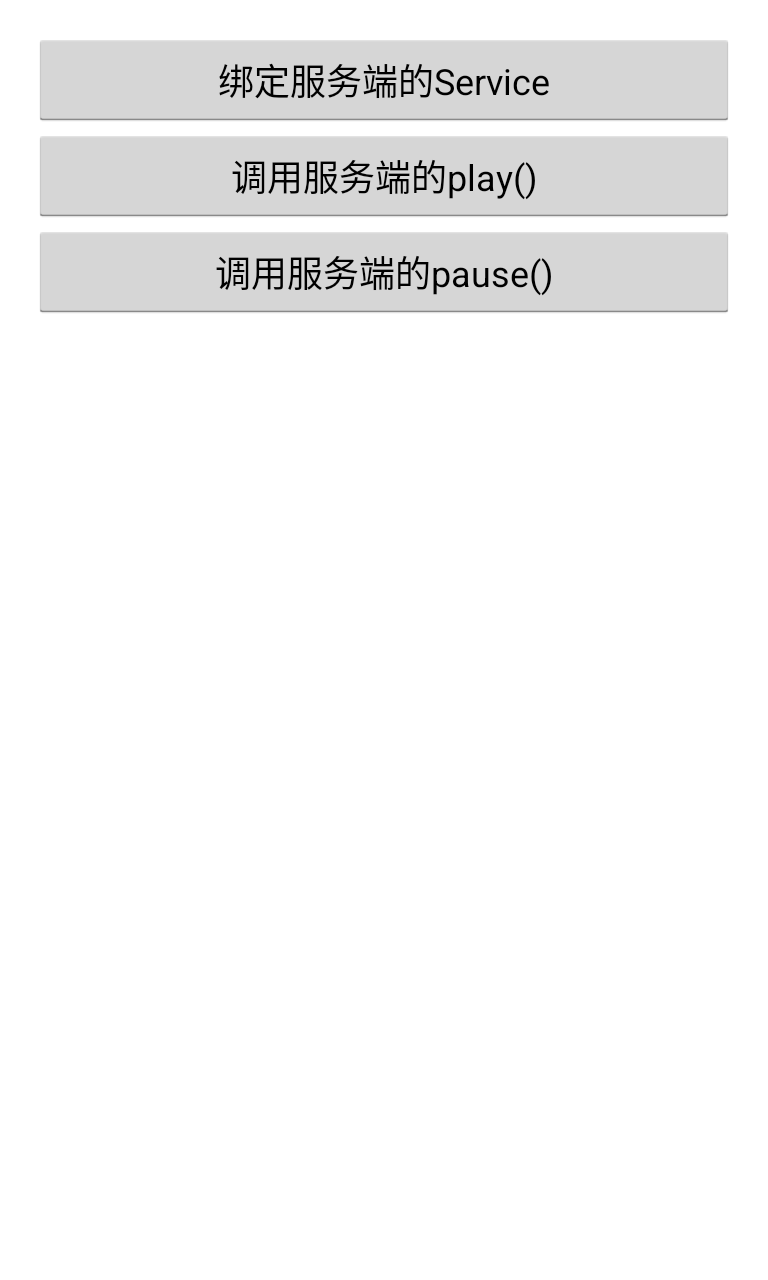
Repository: xuelang201201/Android
Layout: Android基础/跨进程绑定Service-客户端/res/layout/activity_main.xml
An editor plug-in stored every save of this project. The layout is shown before and after the next save, followed by the edit.
It is drawn on a 768 x 1280 px phone screen (xhdpi) without system bars, with theme AppTheme; the app's code is not run.

Above is the layout before, as saved 2016-02-15 11:30:33.

### Android基础/跨进程绑定Service-客户端/res/layout/activity_main.xml
<RelativeLayout xmlns:android="http://schemas.android.com/apk/res/android"
    xmlns:tools="http://schemas.android.com/tools"
    android:layout_width="match_parent"
    android:layout_height="match_parent"
    android:paddingBottom="@dimen/activity_vertical_margin"
    android:paddingLeft="@dimen/activity_horizontal_margin"
    android:paddingRight="@dimen/activity_horizontal_margin"
    android:paddingTop="@dimen/activity_vertical_margin"
    tools:context=".MainActivity" >

    <Button
        android:id="@+id/btn_bind_service"
        android:layout_width="match_parent"
        android:layout_height="wrap_content"
        android:layout_alignParentLeft="true"
        android:layout_alignParentTop="true"
        android:text="绑定服务端的Service" />

    <Button
        android:id="@+id/btn_call_play"
        android:layout_width="match_parent"
        android:layout_height="wrap_content"
        android:layout_alignLeft="@+id/btn_bind_service"
        android:layout_below="@+id/btn_bind_service"
        android:text="调用服务端的play()" />

    <Button
        android:id="@+id/btn_call_pause"
        android:layout_width="match_parent"
        android:layout_height="wrap_content"
        android:layout_alignLeft="@+id/btn_call_play"
        android:layout_below="@+id/btn_call_play"
        android:text="调用服务端的pause()" />

</RelativeLayout>

Loaded but not shown: Android基础/跨进程绑定Service-客户端/res/values/styles.xml (common file); Android基础/跨进程绑定Service-客户端/res/values-v11/styles.xml (common file); Android基础/跨进程绑定Service-客户端/res/values-v14/styles.xml (common file); Android基础/跨进程绑定Service-客户端/res/values/dimens.xml (common file)

After the next save:
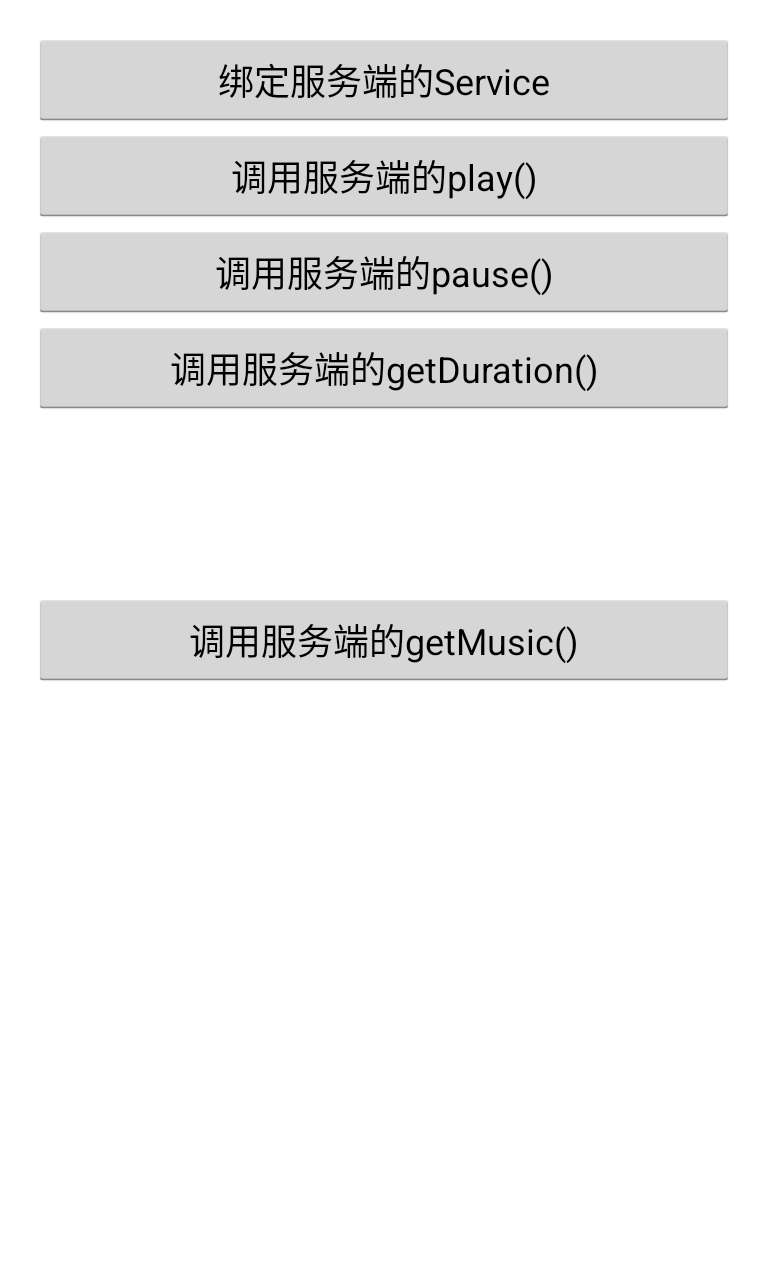
Saved 13 min 5 s later.
--- a/Android基础/跨进程绑定Service-客户端/res/layout/activity_main.xml
+++ b/Android基础/跨进程绑定Service-客户端/res/layout/activity_main.xml
@@ -32,4 +32,20 @@
         android:layout_below="@+id/btn_call_play"
         android:text="调用服务端的pause()" />
 
+    <Button
+        android:id="@+id/button1"
+        android:layout_width="match_parent"
+        android:layout_height="wrap_content"
+        android:layout_alignParentLeft="true"
+        android:layout_below="@+id/btn_call_pause"
+        android:text="调用服务端的getDuration()" />
+
+    <Button
+        android:id="@+id/button2"
+        android:layout_width="match_parent"
+        android:layout_height="wrap_content"
+        android:layout_alignParentLeft="true"
+        android:layout_centerVertical="true"
+        android:text="调用服务端的getMusic()" />
+
 </RelativeLayout>

After the save that followed:
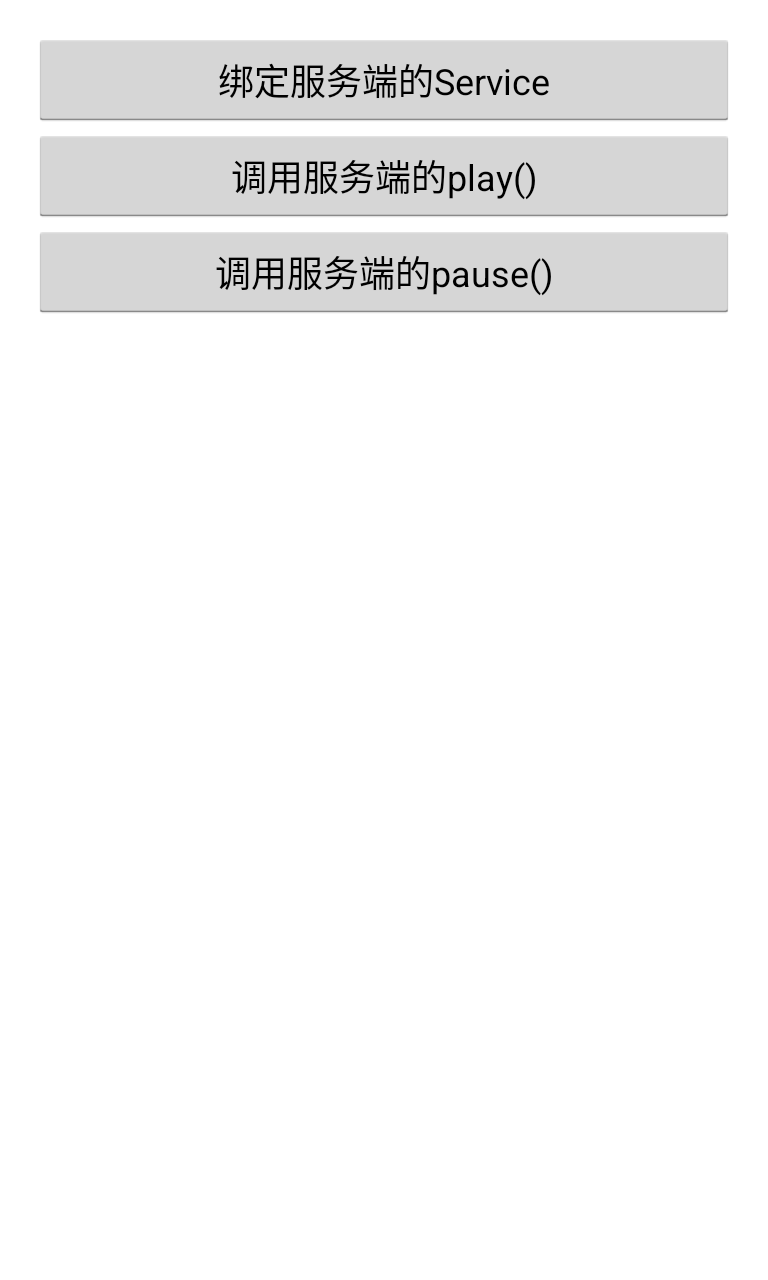
Saved 3 min 44 s later.
--- a/Android基础/跨进程绑定Service-客户端/res/layout/activity_main.xml
+++ b/Android基础/跨进程绑定Service-客户端/res/layout/activity_main.xml
@@ -32,20 +32,4 @@
         android:layout_below="@+id/btn_call_play"
         android:text="调用服务端的pause()" />
 
-    <Button
-        android:id="@+id/button1"
-        android:layout_width="match_parent"
-        android:layout_height="wrap_content"
-        android:layout_alignParentLeft="true"
-        android:layout_below="@+id/btn_call_pause"
-        android:text="调用服务端的getDuration()" />
-
-    <Button
-        android:id="@+id/button2"
-        android:layout_width="match_parent"
-        android:layout_height="wrap_content"
-        android:layout_alignParentLeft="true"
-        android:layout_centerVertical="true"
-        android:text="调用服务端的getMusic()" />
-
 </RelativeLayout>
